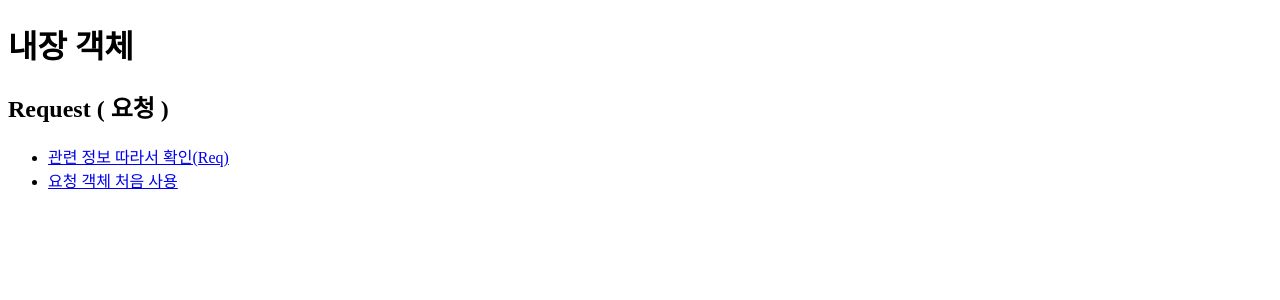
Repository: SanctusAlbino/Jsp_Servlet
Page: http://localhost/04.Implicit/
The author's editor kept a copy of each file at every save. The page is drawn from the files as they stood at one save, then again after the next save.
The browser window is 1280 px wide. The pictures show the whole page.
The page is served by Tomcat 9.

Above is the page before, as saved 2023-05-22 02:43:02.

After the next save:
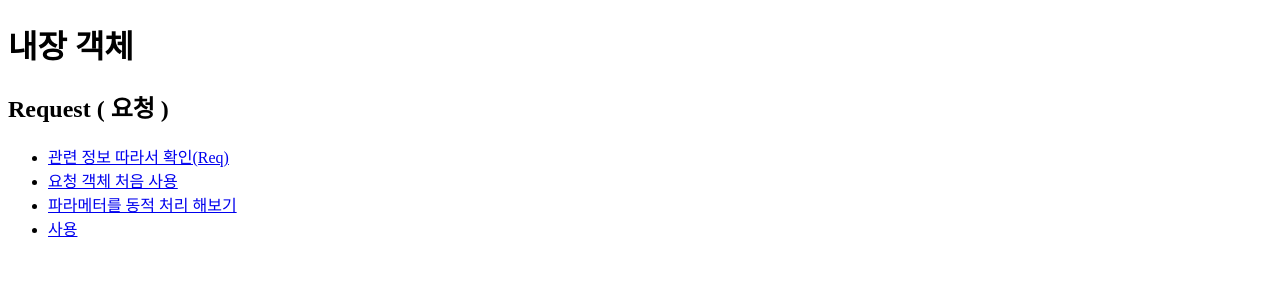
Saved 27 s later.
--- a/04.Implicit/src/main/webapp/index.jsp
+++ b/04.Implicit/src/main/webapp/index.jsp
@@ -12,6 +12,8 @@
 	<ul>
 		<li><a href="Ex01_Request/Ex00_IntoReqeust.jsp">관련 정보 따라서 확인(Req)</a></li>
 		<li><a href="Ex01_Request/Ex01_Request.jsp">요청 객체 처음 사용</a></li>
+		<li><a href="Ex01_Request/Ex02_Request.jsp">파라메터를 동적 처리 해보기</a></li>
+		<li><a href="Ex01_Request/Ex03_Request.jsp"> 사용</a></li>
 
 	</ul>
 
